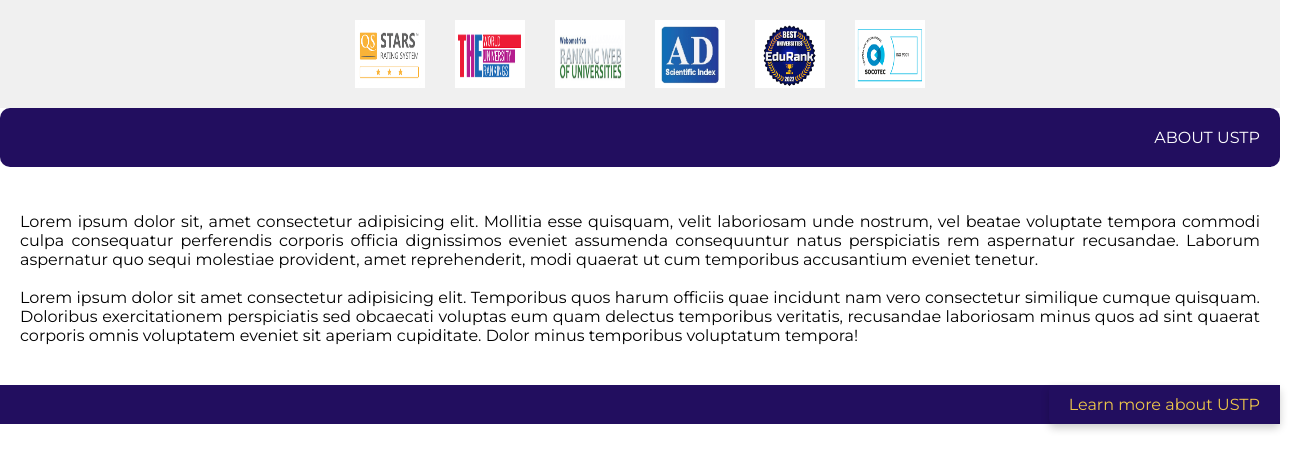
Repository: Joy5345/Colis-MidTerm_PIT
Page: index.html
The author's editor kept a copy of each file at every save. The page is drawn from the files as they stood at one save, then again after the next save.
The browser window is 1280 px wide. The page is 1293 px wide, so the pictures cover 1293 px, including what lies to the right of the window. The pictures show the part of the page from y = 484 to 1017 px (the page is 958 px tall before and 1017 px after).

Above is the page before, as saved 2023-07-29 18:18:26.

After the next save:
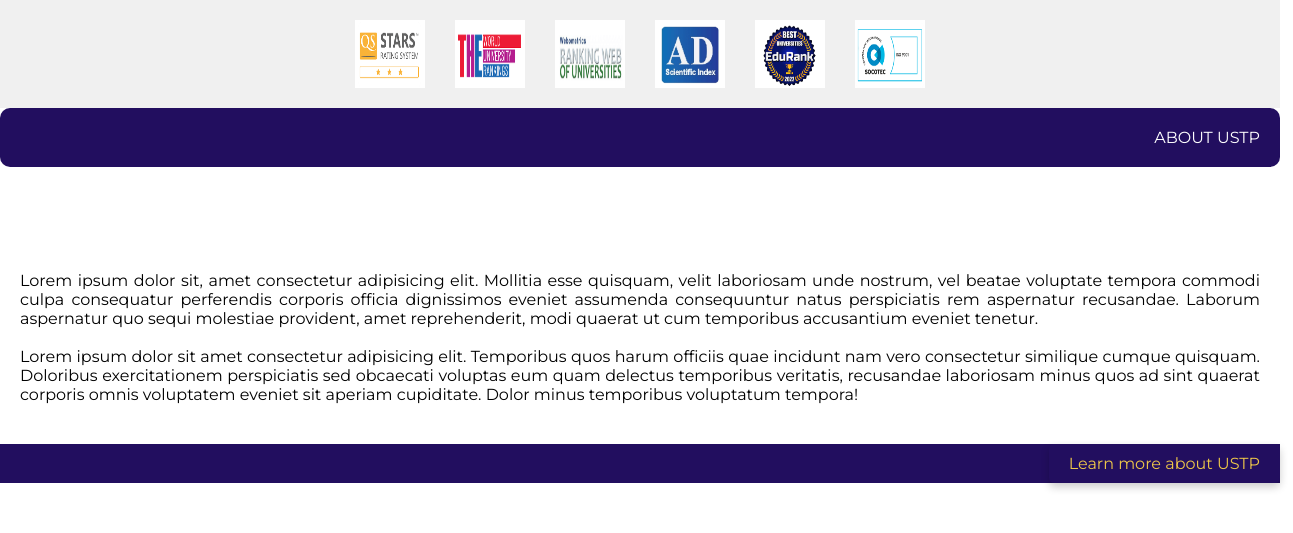
Saved 11 s later.
--- a/css/style.css
+++ b/css/style.css
@@ -133,7 +133,7 @@
     padding: 20px 20px;
     justify-content: flex-end;
     border-radius: 10px;
-    margin-block-end: 5px;
+    margin-block-end: 5%;
 }
 
 .about-ustp{
